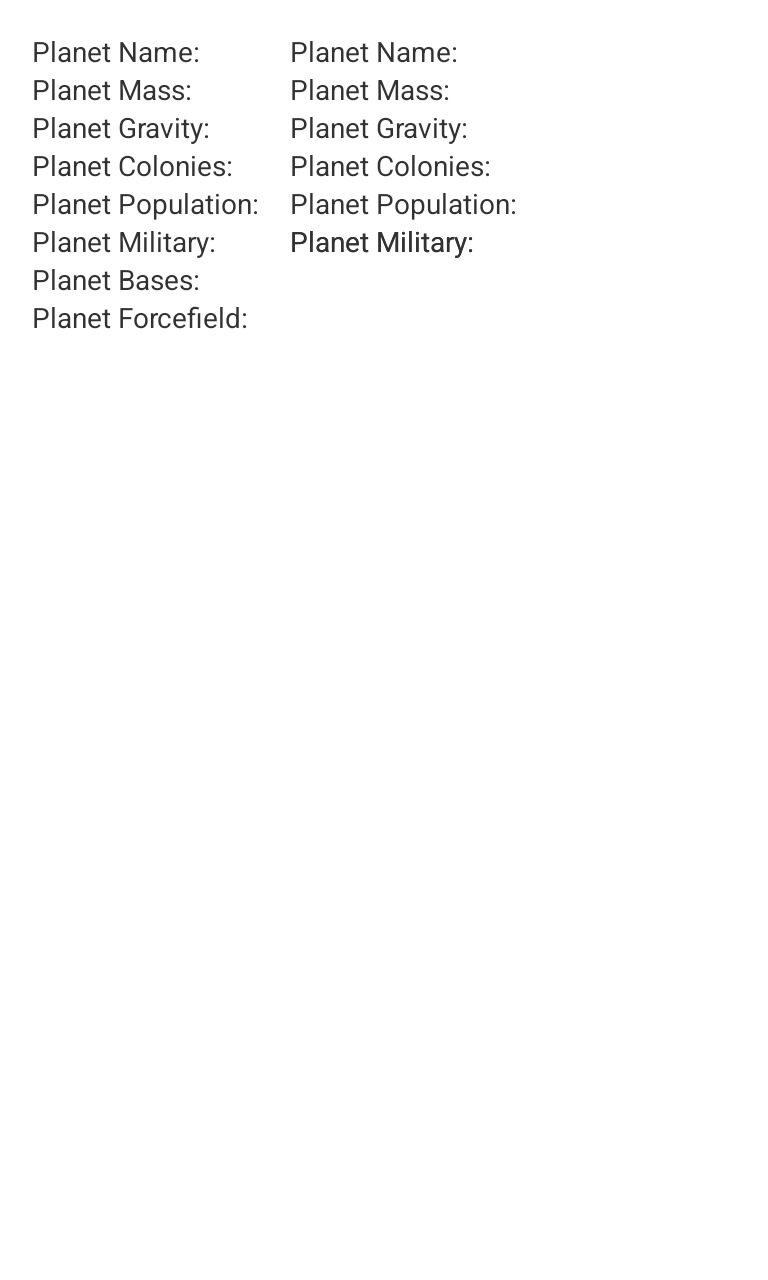
Repository: blender-head/android_basic
Layout: Hello_World/res/layout/activity_main.xml
An editor plug-in stored every save of this project. The layout is shown before and after the next save, followed by the edit.
It is drawn on a 768 x 1280 px phone screen (xhdpi) without system bars, with theme AppTheme; the app's code is not run. The app's manifest (not shown) leaves right-to-left support off. So textAlignment, textDirection and layoutDirection are ignored, and left and right values win over start and end ones.

Above is the layout before, as saved 2013-12-31 15:32:19.

### Hello_World/res/layout/activity_main.xml
<RelativeLayout xmlns:android="http://schemas.android.com/apk/res/android"
    xmlns:tools="http://schemas.android.com/tools"
    android:layout_width="match_parent"
    android:layout_height="match_parent"
    android:paddingBottom="@dimen/activity_vertical_margin"
    android:paddingLeft="@dimen/activity_horizontal_margin"
    android:paddingRight="@dimen/activity_horizontal_margin"
    android:paddingTop="@dimen/activity_vertical_margin"
    tools:context=".MainActivity" >

	<TextView
        android:id="@+id/textView1"
        android:layout_width="wrap_content"
        android:layout_height="wrap_content"
        android:text="@string/planet_name_label" />

	<TextView
        android:id="@+id/dataView1"
        android:layout_toRightOf="@+id/textView1"
        android:layout_marginLeft="45dip"
        android:layout_width="wrap_content"
        android:layout_height="wrap_content"
        android:text="@string/planet_name_label" />

	<TextView
        android:id="@+id/textView2"
        android:layout_below="@+id/textView1"
        android:layout_width="wrap_content"
        android:layout_height="wrap_content"
        android:text="@string/planet_mass_label" />

	<TextView
        android:id="@+id/dataView2"
        android:layout_toRightOf="@+id/textView2"
        android:layout_alignStart="@+id/dataView1"
        android:layout_below="@+id/dataView1"
        android:layout_width="wrap_content"
        android:layout_height="wrap_content"
        android:text="@string/planet_mass_label" />

	<TextView
        android:id="@+id/textView3"
        android:layout_below="@+id/textView2"
        android:layout_width="wrap_content"
        android:layout_height="wrap_content"
        android:text="@string/planet_gravity_label" />

	<TextView
        android:id="@+id/dataView3"
        android:layout_toRightOf="@+id/textView3"
        android:layout_alignStart="@+id/dataView2"
        android:layout_below="@+id/dataView2"
        android:layout_width="wrap_content"
        android:layout_height="wrap_content"
        android:text="@string/planet_gravity_label" />

	<TextView
        android:id="@+id/textView4"
        android:layout_below="@+id/textView3"
        android:layout_width="wrap_content"
        android:layout_height="wrap_content"
        android:text="@string/planet_colonies_label" />

	<TextView
        android:id="@+id/dataView4"
        android:layout_toRightOf="@+id/textView4"
        android:layout_alignStart="@+id/dataView3"
        android:layout_below="@+id/dataView3"
        android:layout_width="wrap_content"
        android:layout_height="wrap_content"
        android:text="@string/planet_colonies_label" />

	<TextView
        android:id="@+id/textView5"
        android:layout_below="@+id/textView4"
        android:layout_width="wrap_content"
        android:layout_height="wrap_content"
        android:text="@string/planet_population_label" />

	<TextView
        android:id="@+id/dataView5"
        android:layout_toRightOf="@+id/textView5"
        android:layout_alignStart="@+id/dataView4"
        android:layout_below="@+id/dataView4"
        android:layout_width="wrap_content"
        android:layout_height="wrap_content"
        android:text="@string/planet_population_label" />

	<TextView
        android:id="@+id/textView6"
        android:layout_below="@+id/textView5"
        android:layout_width="wrap_content"
        android:layout_height="wrap_content"
        android:text="@string/planet_military_label" />

	<TextView
        android:id="@+id/dataView6"
        android:layout_toRightOf="@+id/textView6"
        android:layout_alignStart="@+id/dataView5"
        android:layout_below="@+id/dataView5"
        android:layout_width="wrap_content"
        android:layout_height="wrap_content"
        android:text="@string/planet_military_label" />

	<TextView
        android:id="@+id/textView7"
        android:layout_below="@+id/textView6"
        android:layout_width="wrap_content"
        android:layout_height="wrap_content"
        android:text="@string/planet_bases_label" />

	<TextView
        android:id="@+id/dataView6"
        android:layout_toRightOf="@+id/textView6"
        android:layout_alignStart="@+id/dataView5"
        android:layout_below="@+id/dataView5"
        android:layout_width="wrap_content"
        android:layout_height="wrap_content"
        android:text="@string/planet_military_label" />

	<TextView
        android:id="@+id/textView8"
        android:layout_below="@+id/textView7"
        android:layout_width="wrap_content"
        android:layout_height="wrap_content"
        android:text="@string/planet_forcefield_label" />

</RelativeLayout>

### Hello_World/res/values/strings.xml
<?xml version="1.0" encoding="utf-8"?>
<resources>

    <string name="app_name">Hello_World</string>
    <string name="action_settings">Settings</string>
    <string name="hello_world">Hello world!</string>

    <string name="planet_name_label">Planet Name: </string>
	<string name="planet_mass_label">Planet Mass: </string>
	<string name="planet_gravity_label">Planet Gravity: </string>
	<string name="planet_colonies_label">Planet Colonies: </string>
	<string name="planet_population_label">Planet Population: </string>
	<string name="planet_military_label">Planet Military: </string>
	<string name="planet_bases_label">Planet Bases: </string>
	<string name="planet_forcefield_label">Planet Forcefield: </string>

</resources>

Loaded but not shown: Hello_World/res/values/styles.xml (common file); Hello_World/res/values-v11/styles.xml (common file); Hello_World/res/values-v14/styles.xml (common file); Hello_World/res/values/dimens.xml (common file)

After the next save:
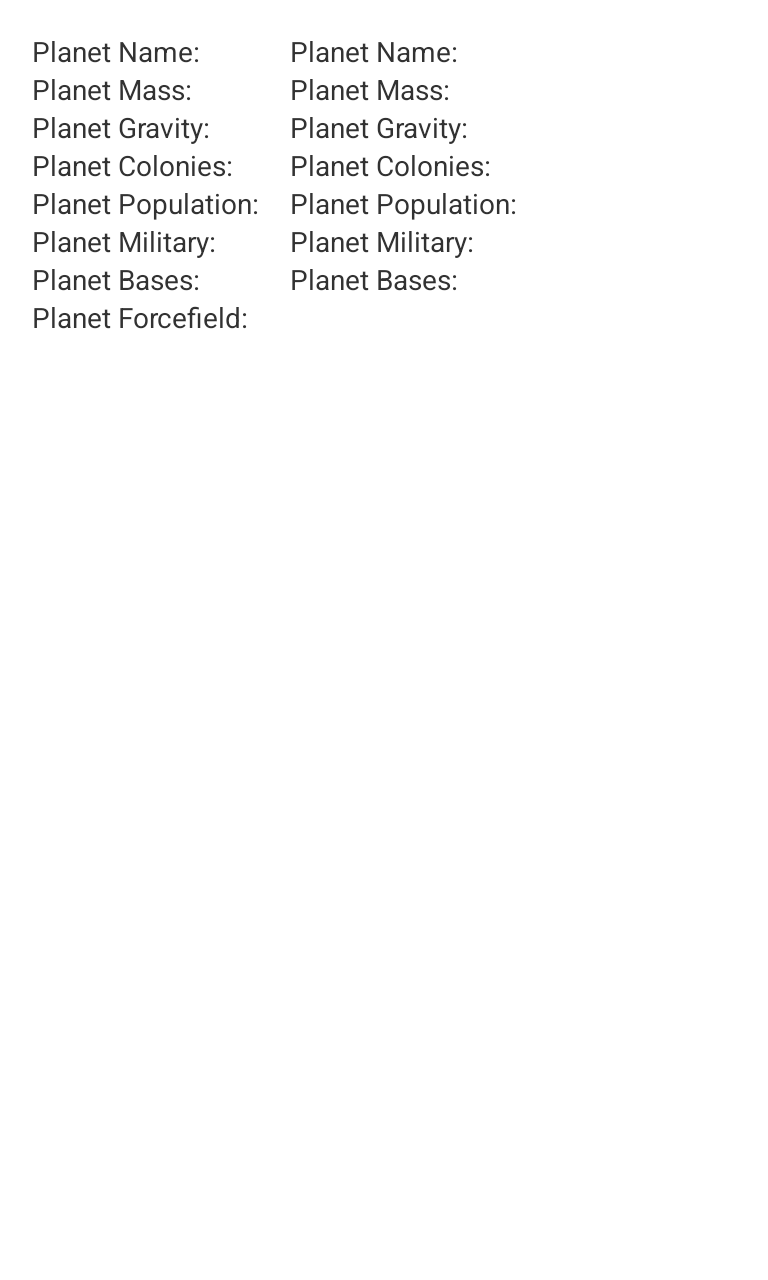
Saved 20 s later.
--- a/Hello_World/res/layout/activity_main.xml
+++ b/Hello_World/res/layout/activity_main.xml
@@ -110,13 +110,13 @@
         android:text="@string/planet_bases_label" />
 
 	<TextView
-        android:id="@+id/dataView6"
-        android:layout_toRightOf="@+id/textView6"
-        android:layout_alignStart="@+id/dataView5"
-        android:layout_below="@+id/dataView5"
+        android:id="@+id/dataView7"
+        android:layout_toRightOf="@+id/textView7"
+        android:layout_alignStart="@+id/dataView6"
+        android:layout_below="@+id/dataView6"
         android:layout_width="wrap_content"
         android:layout_height="wrap_content"
-        android:text="@string/planet_military_label" />
+        android:text="@string/planet_bases_label" />
 
 	<TextView
         android:id="@+id/textView8"
